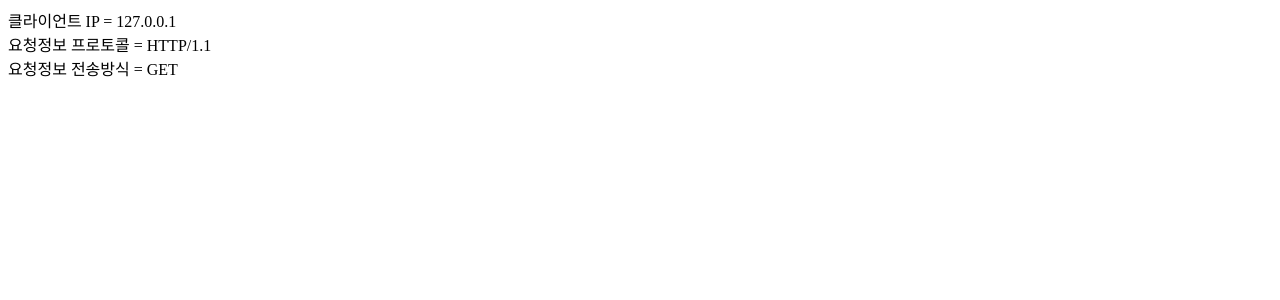
Repository: yuntaekOhO/SY_Academy_Study
Page: http://localhost/ch03-JSP/ch02-nestedObject/s01_requestInfo.jsp
An editor plug-in stored every save of this project. The page is shown before and after the next save, followed by the edit.
The browser window is 1280 px wide. The pictures show the whole page.
The page is served by Tomcat 9.

Above is the page before, as saved 2022-06-24 05:18:00.

After the next save:
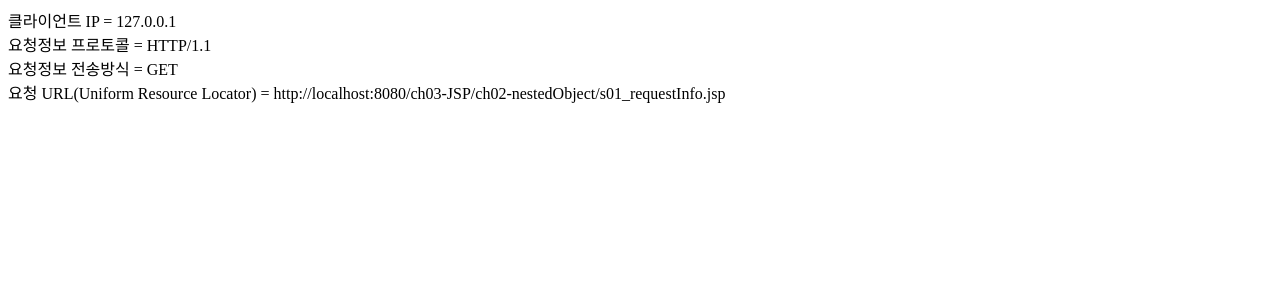
Saved 82 s later.
--- a/workspace_jsp/ch03-JSP/src/main/webapp/ch02-nestedObject/s01_requestInfo.jsp
+++ b/workspace_jsp/ch03-JSP/src/main/webapp/ch02-nestedObject/s01_requestInfo.jsp
@@ -10,6 +10,8 @@
 클라이언트 IP = <%= request.getRemoteAddr() %><br>
 요청정보 프로토콜 = <%= request.getProtocol() %><br>
 요청정보 전송방식 = <%= request.getMethod() %><br>
+요청 URL(Uniform Resource Locator) = <%= request.getRequestURL() %><br>
+
 
 </body>
 </html>
